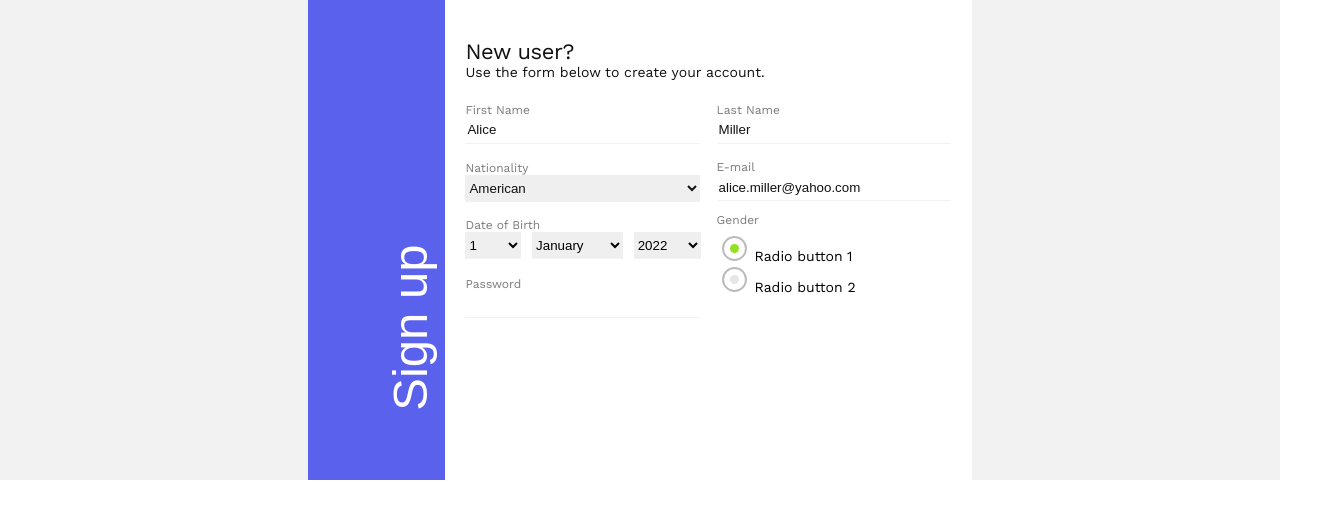
Repository: MorgunovaAlexandra/forma
Page: index.html
The author's editor kept a copy of each file at every save. The page is drawn from the files as they stood at one save, then again after a run of saves.
The browser window is 1280 px wide. The page is 1342 px wide, so the pictures cover 1342 px, including what lies to the right of the window. The pictures show the whole page.
Some web fonts or font styles are not loaded; a fallback is used.

Above is the page before, as saved 2022-07-18 17:07:54.

After the next 2 saves:
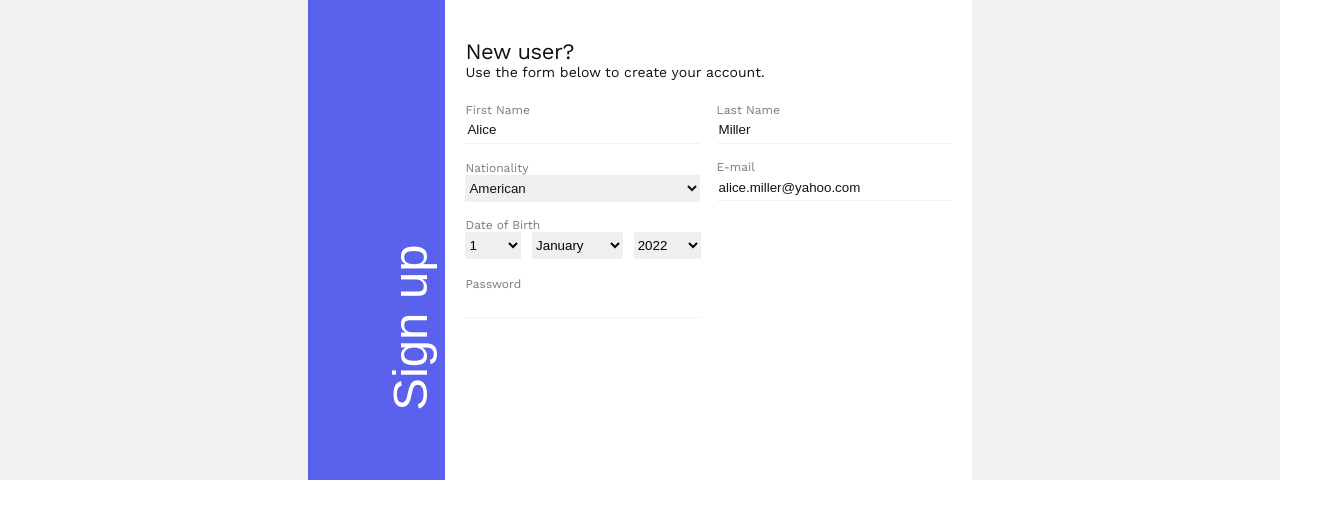
The 2 saves are shown as one change because they came seconds apart.
The last was saved 37 s later.
--- a/index.html
+++ b/index.html
@@ -71,16 +71,7 @@
                     <img  class="img__done" src="./svg/Shape.svg">
                 </div>
                 <div class="radioInput">
-                   <div class="text-field__label title__radio">Gender</div>
-                   <div class="form_radio">
-                    <input id="radio-1" type="radio" name="radio" value="1" checked>
-                    <label for="radio-1">Radio button 1</label>
-                </div>
 
-                <div class="form_radio">
-                    <input id="radio-2" type="radio" name="radio" value="2">
-                    <label for="radio-2">Radio button 2</label>
-                </div>
                 </div>
 
 
